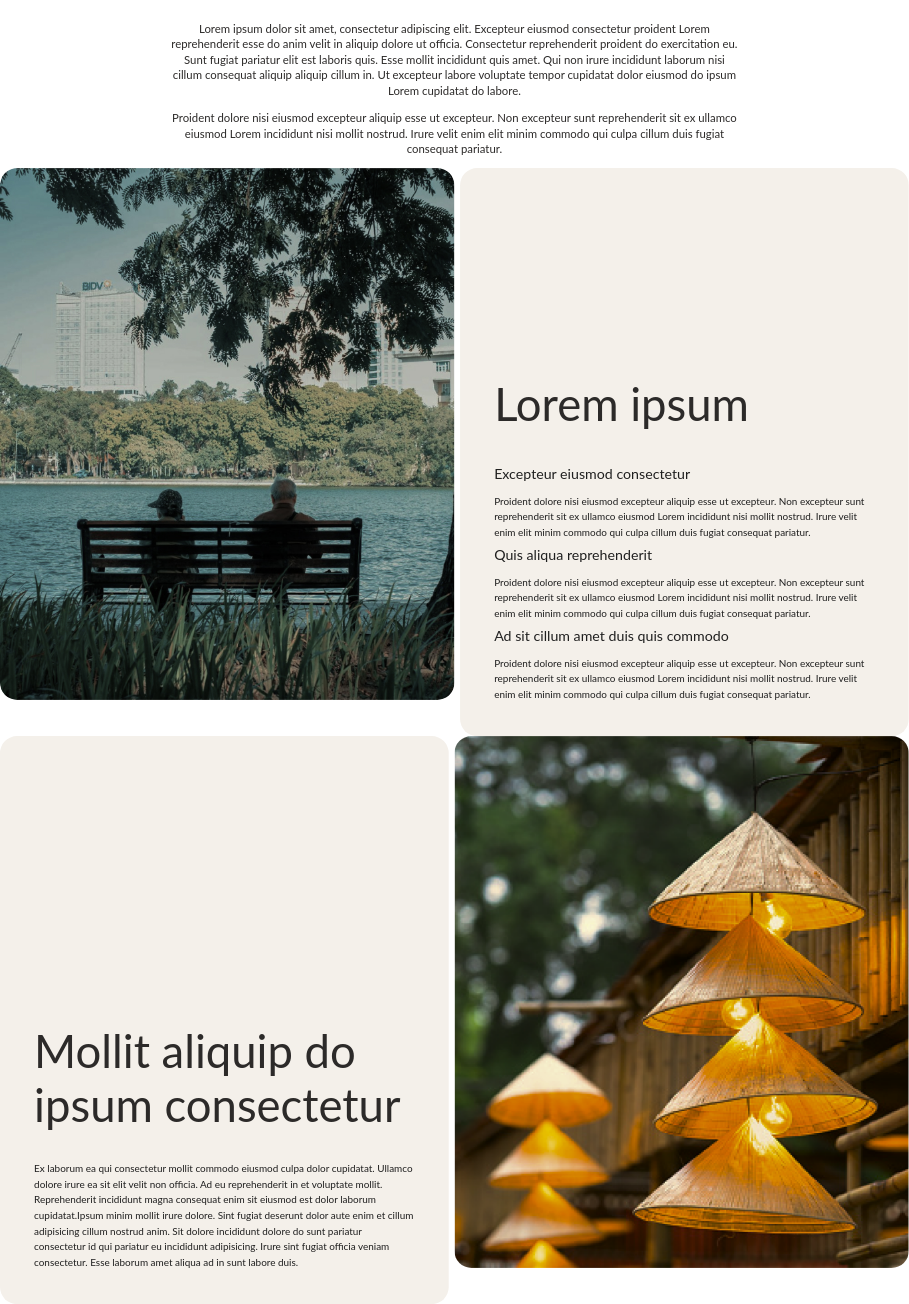
Repository: PhamNguyen2608/WGT-test
Page: index.html
These files come from the project's save history. The page is drawn as it stood at one moment and after the next save; the edit follows.
The browser window is 1280 px wide. The pictures show the part of the page from y = 735 to 2572 px (the page is 2572 px tall), at 71% of full size.
A picture or video elsewhere on the page could not be fetched, so the positions and the page height are approximate.

Above is the page before, as saved 2024-11-12 15:34:26.

### index.html
<!DOCTYPE html>
<html lang="en">
<head>
    <meta charset="UTF-8">
    <meta name="viewport" content="width=device-width, initial-scale=1.0">
    <title>Test</title>
    <link rel="stylesheet" href="asset/css/style.css">
</head>
<body>
    <div id="app"></div>
    <script type="module" src="src/js/main.js"></script>
</body>
</html>

### asset/css/style.css
/* Global styles */
@import './global/reset.css';
@import './global/variables.css';
@import './global/typography.css';
@import './global/breakpoints.css';

/* Component styles */
@import './components/header.css';
@import './components/hero-section.css';
@import './components/content-section.css';

/* Responsive styles */
@import './responsive/layout.css';
@import './responsive/hero-section.css';
@import './responsive/content-section.css';

### src/js/main.js
import App from './app.js';

document.addEventListener('DOMContentLoaded', () => {
    const rootElement = document.getElementById('app');
    const app = new App(rootElement);
    app.render();
});

### asset/css/global/reset.css
/* Reset CSS */
* {
    margin: 0;
    box-sizing: border-box;
}

body {
    font-family: var(--font-family-sans);
}

### asset/css/global/variables.css
:root {
    /* Màu sắc */
    --color-primary: #2C2A29;
    --color-secondary: #1F1F1F;
    --color-background: #ffffff;
    --color-background-secondary: #F4F0EA;
    /* Font chữ */
    --font-family-serif: 'Georgia', serif;
    --font-family-sans: 'Lato', sans-serif;
    /* Font weight */
    --font-weight-regular: 400;
    --font-weight-medium: 500;
    --font-weight-bold: 700;

    /* Cỡ chữ */
    --font-size-12: 12px;
    --font-size-14: 14px;
    --font-size-16: 16px;
    --font-size-20: 20px;
    --font-size-24: 24px;
    --font-size-40: 40px;
    --font-size-64: 64px;
    /* Line height */
    --line-height-1-4: 1.4;
    --line-height-1-6: 1.6;
    --line-height-2-0: 2;
    --line-height-22: 22px;

    /* Khoảng cách */
    --spacing-small: 8px;
    --spacing-medium: 16px;
    --spacing-x-medium: 40px;
    --spacing-large: 32px;
    --spacing-x-large: 49px;
    --spacing-xx-large: 80px;
}

### asset/css/global/typography.css
/* Font weight */
.text-regular {
    font-weight: var(--font-weight-regular);
}
.text-medium {
    font-weight: var(--font-weight-medium);
}
.text-bold {
    font-weight: var(--font-weight-bold);
}
.text-extra-bold {
    font-weight: var(--font-weight-extra-bold);
}
/* Font size */
.fz-12 {
    font-size: var(--font-size-12);
}
.fz-14 {
    font-size: var(--font-size-14);
}
.fz-16 {
    font-size: var(--font-size-16);
}
.fz-20 {
    font-size: var(--font-size-20);
}
.fz-24 {
    font-size: var(--font-size-24);
}
.fz-40 {
    font-size: var(--font-size-40);
}
.fz-64 {
    font-size: var(--font-size-64);
}
/* Line height */
.line-1-4 {
    line-height: var(--line-height-1-4);
}
.line-1-6 {
    line-height: var(--line-height-1-6);
}

/* Text color */
.text-primary {
    color: var(--color-primary);
}
.text-secondary {
    color: var(--color-secondary);
}
.text-accent {
    color: var(--color-accent);
}

### asset/css/global/breakpoints.css
:root {
  --breakpoint-mobile: 768px;
  --breakpoint-tablet: 768px;
  --breakpoint-desktop: 1024px;
  --breakpoint-large: 1440px;
}

/* Media Query Mixins */
@custom-media --mobile (min-width: 768px);
@custom-media --tablet (min-width: 768px);
@custom-media --desktop (min-width: 1024px);
@custom-media --large (min-width: 1440px);

### asset/css/components/header.css
.header {
    color: var(--color-primary);
    text-align: center;
    background-color: var(--color-background);
    font-size: var(--font-size-40);
    font-weight: var(--font-weight-regular);
}

.header__title {
    font-size: var(--font-size-40);
    font-weight: var(--font-weight-regular);
    color: var(--color-primary);
    margin-bottom: var(--spacing-x-large);

}

### asset/css/components/hero-section.css
.hero-section {
    text-align: center;
}

.hero-title {
    font-size: var(--font-size-40);
    font-weight: var(--font-weight-regular);
    margin-bottom: var(--spacing-medium);
}

.hero-images {
    display: flex;
    justify-content: center;
    gap: var(--spacing-medium);
    margin-bottom: var(--spacing-x-large);
}

.hero-images img {
    border-radius: 16px;
    width: auto;
    height: auto;
}

.hero-content {
    max-width: 800px;
    margin: 0 auto;
    font-size: var(--font-size-16);
    font-weight: var(--font-weight-regular);
    line-height: 22px;
    color: var(--color-primary);
    text-align: center;
    white-space: pre-wrap;
    margin-block-start: var(--spacing-large);
}

.hero-content p {
    margin-bottom: var(--spacing-medium);
}

### asset/css/components/content-section.css
.content-section {
    width: 100%;
    max-width: 1368px;
    height: auto;
    min-height: 800px;
    display: flex;
    flex-direction: row;
    background-color: var(--color-background);
    border-radius: 12px;
    overflow: hidden;
    gap: var(--spacing-small);
    margin: 0 auto;
}

.content-section.reverse {
    flex-direction: row-reverse;
}

.content-image {
    width: 50%;
    height: 100%;
    object-fit: cover;
    border-radius: 24px;
    margin:  var(--spacing-medium),0;
}

.content-text {
    width: 50%;
    padding: 48px;
    display: flex;
    flex-direction: column;
    background-color: var(--color-background-secondary);
    justify-content: flex-end;
    border-radius: 24px;
}

.content-title {
    font-size: var(--font-size-64);
    font-weight: var(--font-weight-regular);
    color: var(--color-primary);
    margin-bottom: var(--spacing-x-medium);
}

.content-subtitle {
    font-size: var(--font-size-20);
    font-weight: var(--font-weight-regular);
    line-height: var(--line-height-2-0);
    color: var(--color-secondary);
    margin-bottom: var(--spacing-small);
}

.content-description {
    font-size: var(--font-size-14);
    font-weight: var(--font-weight-regular);
    line-height: var(--line-height-22);
    color: var(--color-secondary);
}

### asset/css/responsive/layout.css
@media (max-width: 768px) {
  .landing-page {
    width: 100%;
    padding: var(--spacing-medium);
  }

  .content-sections-container {
    gap: var(--spacing-large);
  }
}

### asset/css/responsive/hero-section.css
@media (max-width: 768px) {
  .hero-images {
    flex-direction: column;
    gap: var(--spacing-medium);
  }

  .hero-images img {
    width: 100%;
    max-width: 400px;
  }

  .hero-content {
    max-width: 400px;
    padding: 0 var(--spacing-medium);
  }
}

### asset/css/responsive/content-section.css
@media (max-width: 768px) {
  .content-section {
    width: 100%;
    max-width: 400px;
    height: auto;
    flex-direction: column;
    gap: var(--spacing-medium);
  }

  .content-section.reverse {
    flex-direction: column;
  }

  .content-image {
    width: 100%;
    height: 400px;
  }

  .content-text {
    width: 100%;
    padding: var(--spacing-medium);
  }

  .content-title {
    font-size: var(--font-size-40);
    margin-bottom: var(--spacing-medium);
  }

  .content-subtitle {
    font-size: var(--font-size-16);
  }
}

### src/js/app.js
import Router from './router.js';
import LandingPage from '../pages/LandingPage.js';


export default class App {
    constructor(rootElement, routes, components) {
        this.rootElement = rootElement;
        this.routes = routes;
        this.components = components;
        this.router = new Router();
        console.log('App initialized');
    }

    setupRouter(){
        this.router.registerRoute("/", () => new LandingPage().render());
        this.router.listen(this.rootElement);
    }
    render(){
        this.setupRouter();
    }
}

### src/js/router.js
export default class Router {
    constructor() {
        this.routes = {};
    }

    registerRoute(path, callback) {
        this.routes[path] = callback;
    }

    async handleRouteChange(rootElement) {
        const path = window.location.hash.slice(1) || '/';
        const renderCallback = this.routes[path];

        if (renderCallback) {
            rootElement.innerHTML = '';
            try {
                const content = await renderCallback();
                if (content instanceof Node) {
                    rootElement.appendChild(content);
                } else {
                    throw new Error('Render callback did not return a Node');
                }
            } catch (error) {
                console.error('Error rendering route:', error);
                rootElement.innerHTML = '<h1>Failed to load route content</h1>';
            }
        } else {
            rootElement.innerHTML = '<h1>404 - Page Not Found</h1>';
        }
    }

    listen(rootElement) {
        window.addEventListener('hashchange', () => this.handleRouteChange(rootElement));
        this.handleRouteChange(rootElement);
    }
}

### src/pages/LandingPage.js
import Header from '../components/Header.js';
import HeroSection from '../components/HeroSection.js';
import ContentSection from '../components/ContentSection.js';
import GetDataService from '../services/getDataService.js';

export default class LandingPage {
    constructor() {
        this.getDataService = new GetDataService();
    }

    async render() {
        const container = document.createElement('div');
        container.className = 'landing-page';

        try {
            const pageData = await this.getDataService.getData();
            const page = pageData.page;

            // Header Section
            const headerSection = document.createElement('div');
            headerSection.className = 'header-section';
            const header = new Header({ title: page.header.title });
            headerSection.appendChild(header.render());
            container.appendChild(headerSection);

            // Hero Section
            const heroWrapper = document.createElement('div');
            heroWrapper.className = 'hero-wrapper';
            const heroSection = new HeroSection({
                images: page.heroSection.images,
                content: page.heroSection.content,
            });
            heroWrapper.appendChild(heroSection.render());
            container.appendChild(heroWrapper);

            // Content Sections Container
            const contentSectionsContainer = document.createElement('div');
            contentSectionsContainer.className = 'content-sections-container';

            if (Array.isArray(page.contentSections)) {
                page.contentSections.forEach((sectionData, index) => {
                    const contentSection = new ContentSection({
                        image: sectionData.image,
                        text: sectionData.text,
                        reverse: index % 2 === 1,
                    });
                    contentSectionsContainer.appendChild(contentSection.render());
                });
            }

            container.appendChild(contentSectionsContainer);
        } catch (error) {
            console.error('Error rendering LandingPage:', error);
            container.textContent = 'Failed to load content.';
        }

        return container;
    }
}

### src/components/Header.js
export default class Header {
    constructor({ title }) {
        this.title = title;
    }

    render() {
        const header = document.createElement('header');
        header.className = 'header';

        const h1 = document.createElement('h1');
        h1.className = 'header__title';
        h1.textContent = this.title;

        header.appendChild(h1);

        return header;
    }
}

### src/components/HeroSection.js
// HeroSection.js

export default class HeroSection {
  constructor(props = {}) {
    const { title, images, content, events = {} } = props;
    this.props = { title, images, content };
    this.events = events;
  }

  createElement(tag, className = "", textContent = "", attributes = {}) {
    const element = document.createElement(tag);
    if (className) element.className = className;
    if (textContent) element.textContent = textContent;

    Object.entries(attributes).forEach(([key, value]) => {
      element.setAttribute(key, value);
    });

    return element;
  }

  createImageContainer(images) {
    const container = this.createElement("div", "hero-images");
    if (Array.isArray(images)) {
      images.forEach(({ src, alt }) => {
        const img = this.createElement("img", "", "", {
          src,
          alt: alt || "Image",
        });
        container.appendChild(img);
      });
    } else {
      console.warn('HeroSection: "images" is not an array', images);
      container.textContent = "No images available";
    }
    return container;
  }


  createContent(content) {
    const contentContainer = this.createElement("div", "hero-content");

    if (typeof content === "string") {
      const paragraphs = content.split('\n').filter(paragraph => paragraph.trim() !== '');

      paragraphs.forEach(paragraph => {
        const p = this.createElement("p", "hero-paragraph", paragraph.trim());
        contentContainer.appendChild(p);
      });
    } else {
      console.warn('HeroSection: "content" is not a string', content);
      contentContainer.textContent = "No content available";
    }

    return contentContainer;
  }

  render() {
    const { title, images, content } = this.props;

    const section = this.createElement("section", "hero-section");

    if (title) {
      const titleElement = this.createElement("h1", "hero-title", title);
      section.appendChild(titleElement);
    }

    const imageContainer = this.createImageContainer(images);
    section.appendChild(imageContainer);

    if (content) {
      const contentElement = this.createContent(content);
      section.appendChild(contentElement);
    } else {
      const placeholder = this.createElement(
        "p",
        "hero-content-placeholder",
        "No content available"
      );
      section.appendChild(placeholder);
    }

    return section;
  }
}

### src/components/ContentSection.js
export default class ContentSection {
    constructor({ image, text, reverse = false }) {
        this.image = image;
        this.text = text;
        this.reverse = reverse;
    }

    render() {
        const section = document.createElement('div');
        section.className = 'content-section';
        if (this.reverse) {
            section.classList.add('reverse');
        }

        const imageElement = document.createElement('img');
        imageElement.src = this.image.src;
        imageElement.alt = this.image.alt || 'Content Image';
        imageElement.className = 'content-image';

        const textContainer = document.createElement('div');
        textContainer.className = 'content-text';

        const titleElement = document.createElement('h2');
        titleElement.className = 'content-title';
        titleElement.textContent = this.text.title;

        textContainer.appendChild(titleElement);

        if (Array.isArray(this.text.subsections)) {
            this.text.subsections.forEach((subsection) => {
                const subtitleElement = document.createElement('h3');
                subtitleElement.className = 'content-subtitle';
                subtitleElement.textContent = subsection.subtitle;

                const contentElement = document.createElement('p');
                contentElement.className = 'content-description';
                contentElement.textContent = subsection.content;

                textContainer.appendChild(subtitleElement);
                textContainer.appendChild(contentElement);
            });
        } else if (this.text.content) {
            const contentElement = document.createElement('p');
            contentElement.className = 'content-description';
            contentElement.textContent = this.text.content;
            textContainer.appendChild(contentElement);
        }

        section.appendChild(imageElement);
        section.appendChild(textContainer);

        return section;
    }
}

### src/services/getDataService.js
export default class GetDataService {
    async getData() {
        try {
            const response = await fetch('src/data/data.json');
            if (!response.ok) {
                throw new Error('Failed to fetch data');
            }
            const data = await response.json();
            console.log(data)

            return data;
        } catch (error) {
            console.error('Error fetching data:', error);
            throw error;
        }
    }
}

Loaded but not shown: src/data/data.json (55 lines, source omitted)

After the next save:
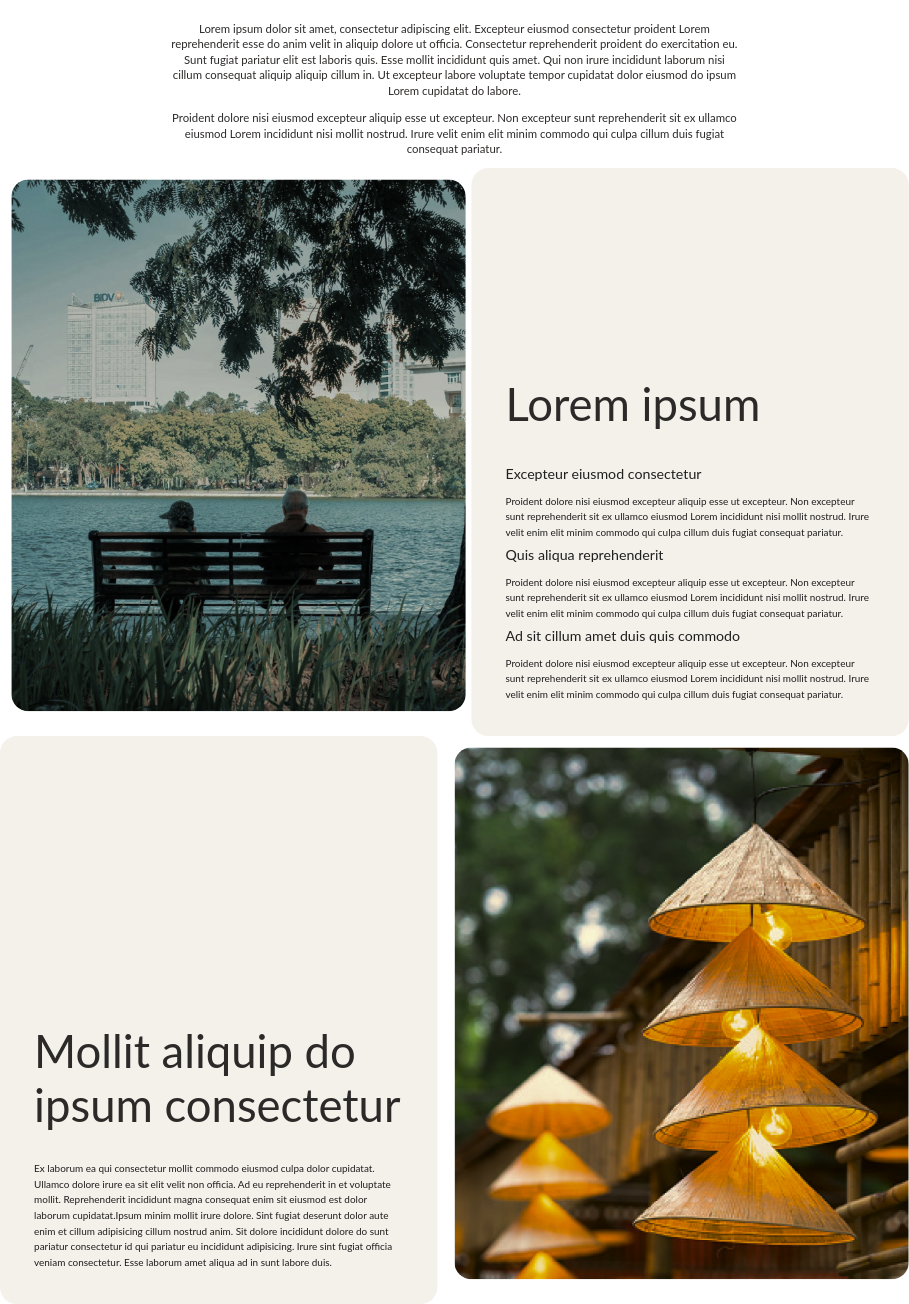
Saved 14 s later.
--- a/asset/css/components/content-section.css
+++ b/asset/css/components/content-section.css
@@ -21,7 +21,7 @@
     height: 100%;
     object-fit: cover;
     border-radius: 24px;
-    margin:  var(--spacing-medium),0;
+    margin: var(--spacing-medium) 0 var(--spacing-medium) var(--spacing-medium) ;
 }
 
 .content-text {

After the save that followed:
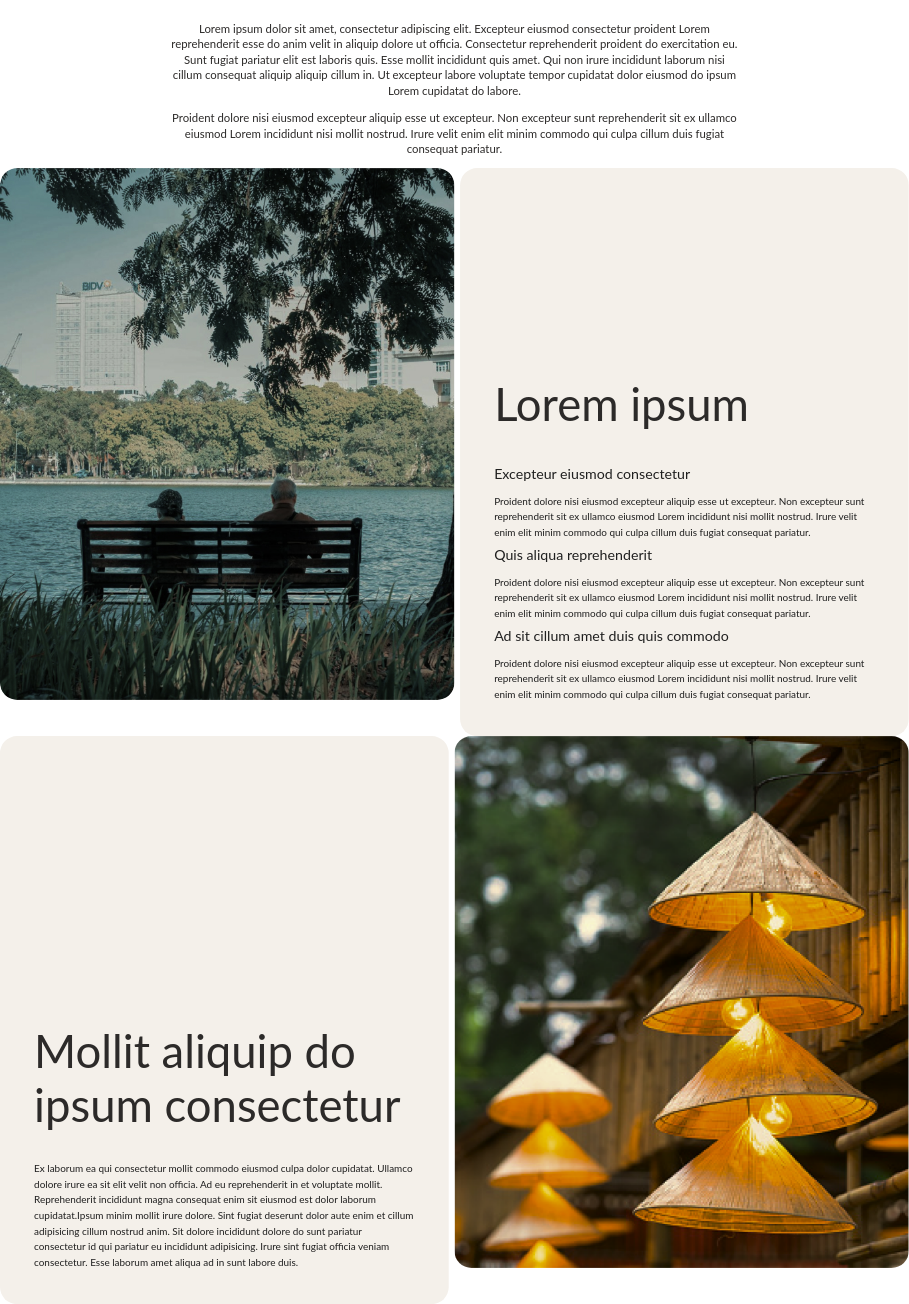
Saved 16 s later.
--- a/asset/css/components/content-section.css
+++ b/asset/css/components/content-section.css
@@ -21,7 +21,7 @@
     height: 100%;
     object-fit: cover;
     border-radius: 24px;
-    margin: var(--spacing-medium) 0 var(--spacing-medium) var(--spacing-medium) ;
+    margin-bottom:  var(--spacing-medium) ;
 }
 
 .content-text {
